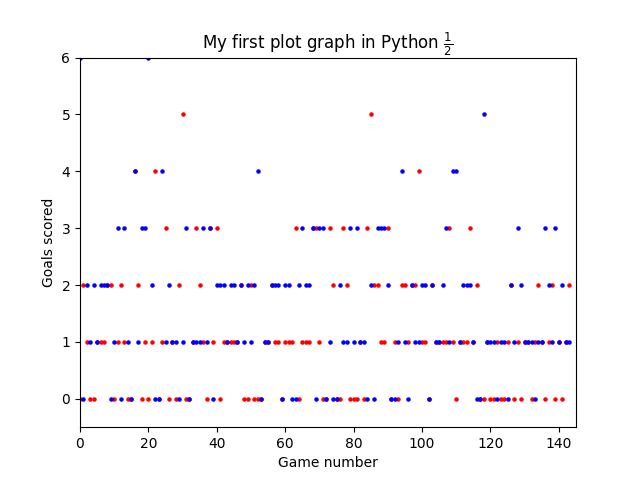
Repository: nelsonalexandrino/python_matplotlib_datavisualization_
Script's output: python LineAndScatterSplots.py
These files come from the project's save history. The script's output is drawn as it stood at one moment and after the next save; the edit follows.
Random numbers start from a fixed seed.

Above is the script's output before, as saved 2019-08-25 11:48:22.

After the next save:
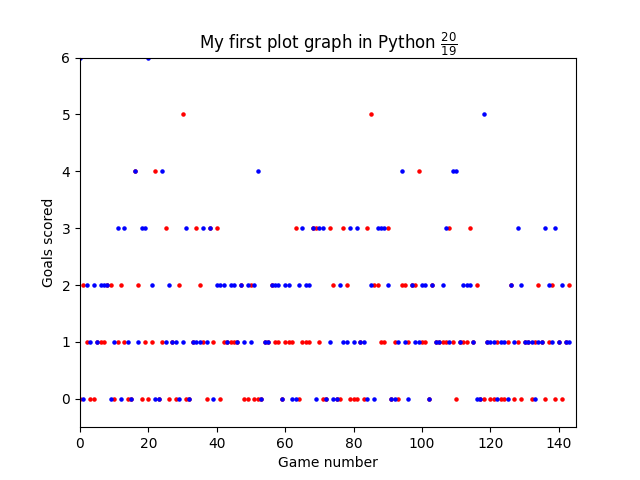
Saved 56 s later.
--- a/LineAndScatterSplots.py
+++ b/LineAndScatterSplots.py
@@ -12,7 +12,7 @@ for i in range(len(HomeTeamGoals)):
 
 #pyplot.plot(xAxis, AwayTeamGoals, c='red')
 pyplot.scatter(xAxis, AwayTeamGoals, c='red', s=5)
-pyplot.title(r'My first plot graph in Python $\frac{1}{2}$')
+pyplot.title(r'My first plot graph in Python $\frac{20}{19}$')
 pyplot.scatter(xAxis, HomeTeamGoals, c='blue', s=5)
 pyplot.xlim(0, 145)
 pyplot.ylim(-0.5, 6)
